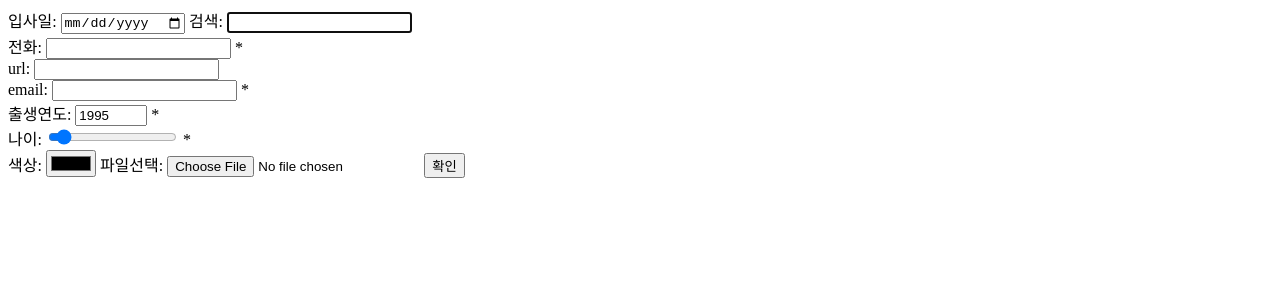
Repository: Jin0207/html_css
Page: day1130/src/main/webapp/enhancedTag.html
The author's editor kept a copy of each file at every save. The page is drawn from the files as they stood at one save, then again after the next save.
The browser window is 1280 px wide. The pictures show the whole page.

Above is the page before, as saved 2021-11-30 07:20:03.

After the next save:
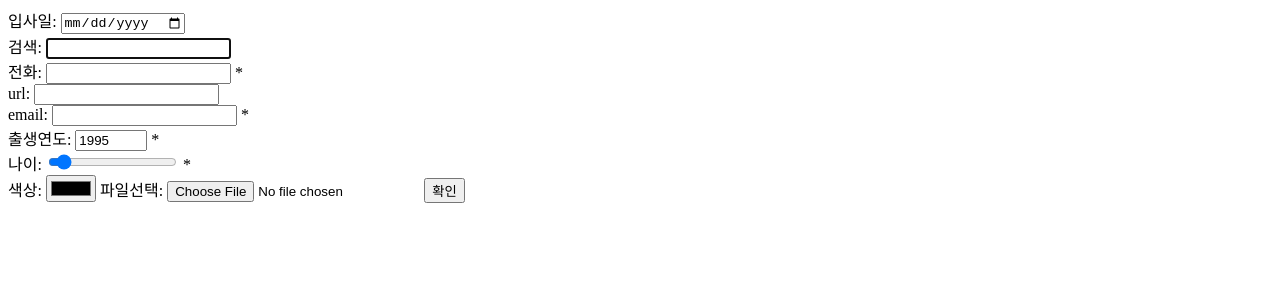
Saved 17 s later.
--- a/day1130/src/main/webapp/enhancedTag.html
+++ b/day1130/src/main/webapp/enhancedTag.html
@@ -6,7 +6,7 @@
 </head>
 <body>
 	<form action="enhancedTag.jsp" method="post">
-		입사일: <input type="date" name="hiredate">
+		입사일: <input type="date" name="hiredate"><br>
 		검색: <input type="search" name="keyword" autofocus="autofocus"> <br>
 		전화: <input type="tel" name="tel" pattern="[0-9]{3}-[0-9]{3,4}-[0-9]{4}" required="required"> *<br>
 		url: <input type="url" name="url"> <br>
